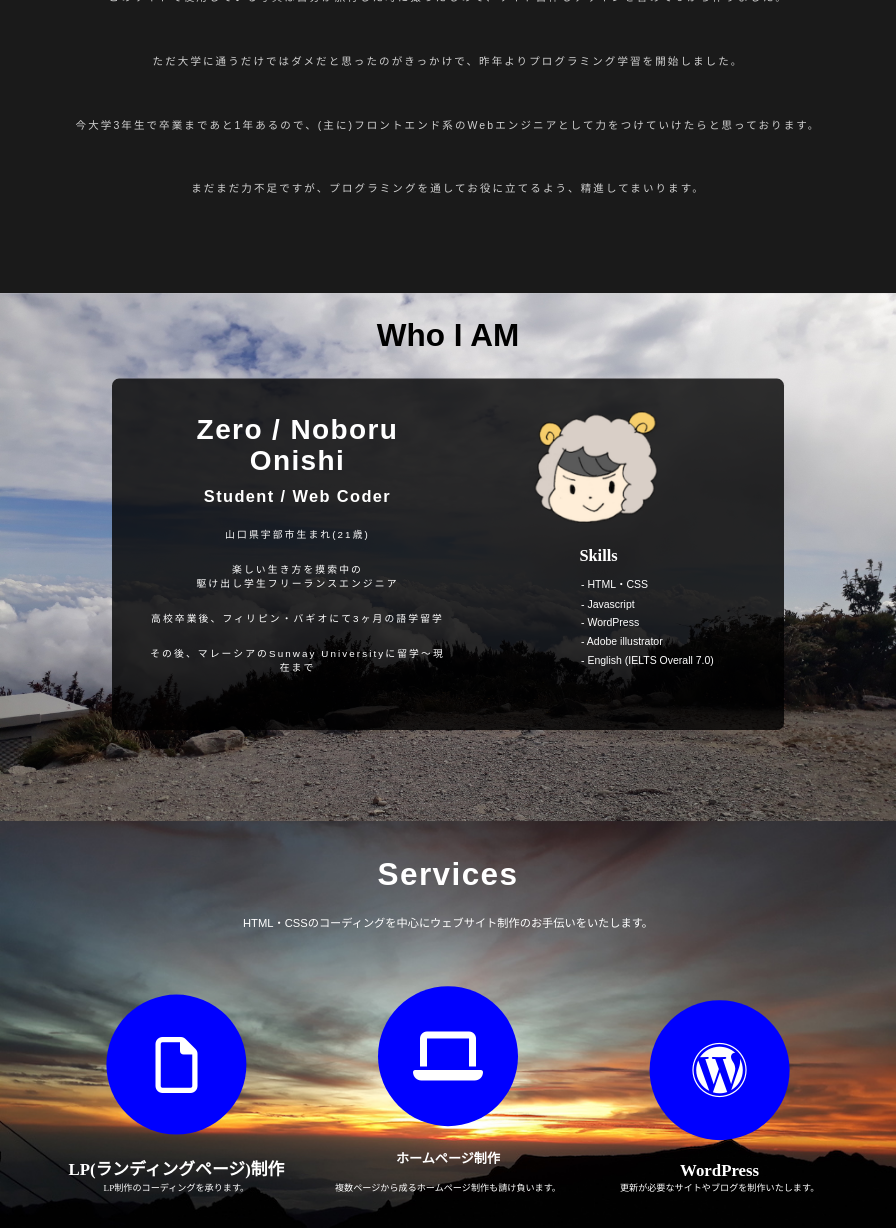
Repository: ZeroRequiem126/MyPortfolioSite
Page: top.html
The author's editor kept a record of every edit. The page is drawn from the files as they stood at one moment, then again after the next edit.
The browser window is 1280 px wide. The pictures show the part of the page from y = 1057 to 2977 px (the page is 2812 px tall before and 2977 px after), at 70% of full size.
Some web libraries are served in a nearby version.

Above is the page before.

After the next edit:
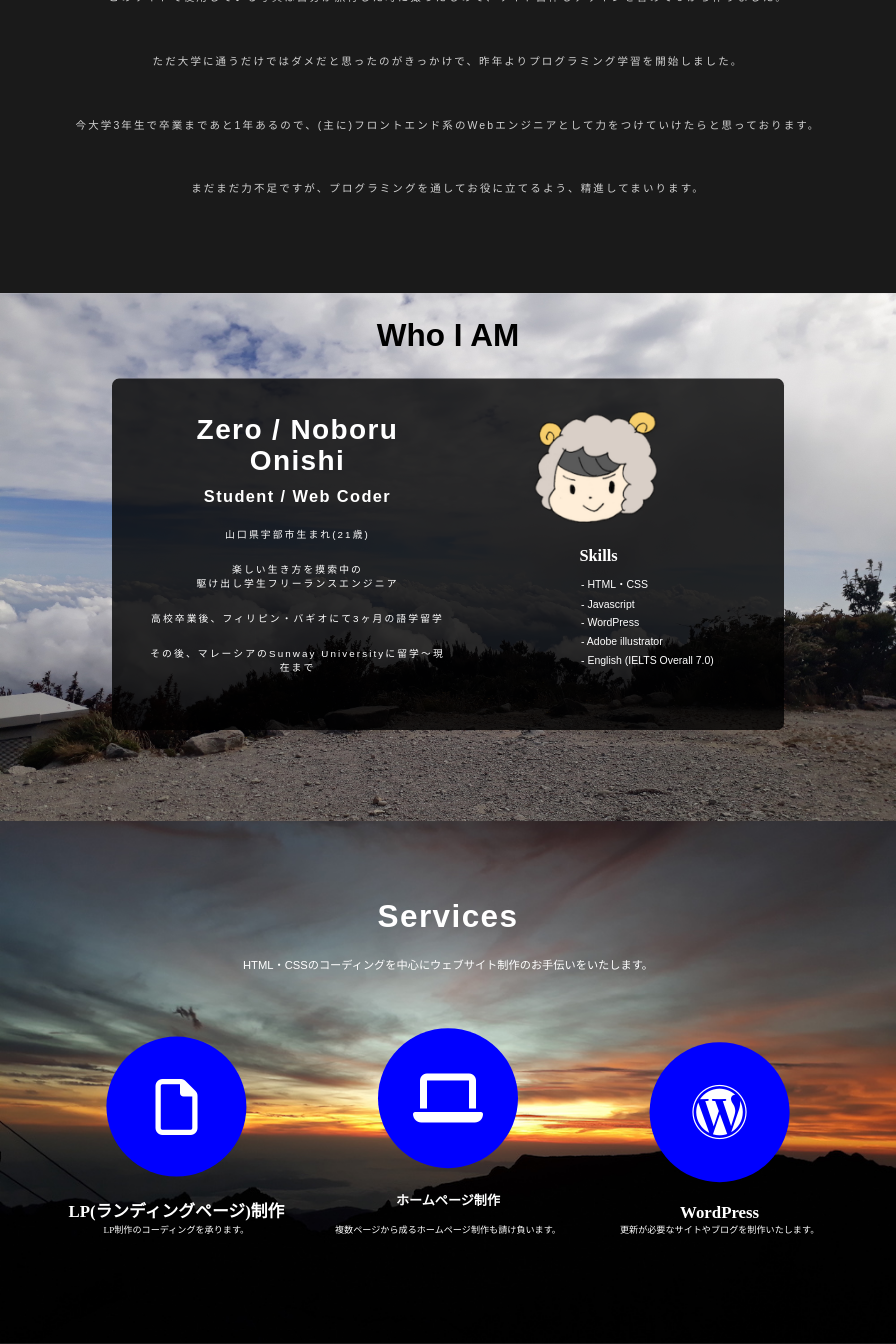
The edit:
--- a/top.css
+++ b/top.css
@@ -166,7 +166,7 @@
     background-image: url("images/pic8.jpg");
     background-size: 100% auto;
     color: white;
-    padding: 50px 0;
+    padding: 110px 0 155px 0;
 }
 
 .service-title {
